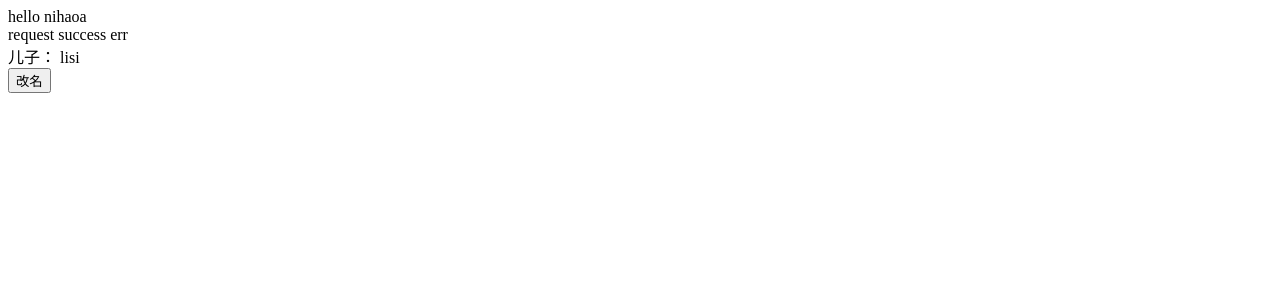
Repository: zgw88/vite-svelte
Page: /
An editor plug-in stored every save of this project. The page is shown before and after the next save, followed by the edit.
The browser window is 1280 px wide. The pictures show the whole page.
The project was rebuilt for these pictures with package versions that can differ from the ones it lists, and the page was loaded fresh each time. Also part of the build but not shown: vite.config.js, src/app.css, src/lib/Counter.svelte.

Above is the page before, as saved 2022-08-08 17:38:35.

### src/App.svelte
<script>
import Counter from "./lib/Counter.svelte"
import Phone from './lib/phone.svelte'

  let name = 'nihaoa'
  let a = 111
  let b = 222
  let el1 = `<h1> ${name} </h1>`
  let color = 'pink'
  let foo = true
  let state = true
  let count = 0
  $: double = count * 2

  // let list = ['1',2,3,4,5]
  // let list = [
  //   {name: 'hhhh'},
  //   {name: 'cccc'}
  // ]
  let list = []
  setTimeout(() =>{
    color = 'green'
    foo = false
    state = false
  },1000)

  const handleClick = () =>{
    console.log(name,'ccc')
    name = 'henbuhao'
  }

  const handleCount = () =>{
    count += 1
  }

  const handleClickP = () =>{
    console.log(name,'pppp')
  }

  const api = new Promise((resolve,reject) =>{
    setTimeout(() =>{
      reject('request success')
    },1000)
  })

  function print(data){
    console.log(`传过来 ${data.detail}`)
  }

</script>


<!-- <div title={name}>sss</div> -->
<div>hello {name}</div>
<!-- <span>{a} + {b} = {a + b}</span> -->
<!-- <div style="color: {color}">{@html el1}</div> -->
<!-- <div class:active={foo}>{@html el1}</div> -->
<!-- {#if state}
  <div style="color: {color}">{@html el1}</div>
{:else}
  <div style="color: {color}">{@html el1}</div>
{/if}
<ul>
  {#each list as {name}}
    <li>{`${name} -- ${name}`}</li>
    {:else}
    <div>暂无</div>
  {/each}
</ul> -->
<!-- <input type="text" bind:value={name} />
<div>{count} fanbiehou {double}</div> -->

{#await api}
  <span>loading...</span>
{:then response}
  <span>{response}</span>
{:catch error}
  <span>{`${error} err`}</span>
{/await}

<Phone name='lisi' on:printPhone={print} >
  <div>名字：</div>
  <div>zs</div>
</Phone>

<!-- <div on:click={handleClickP}>
  <button on:click|stopPropagation={handleClick}>改名</button>
  <button on:click={handleCount}>dianji</button>
</div> -->



<style>
  .active{
    color: red;
  }
</style>

### src/lib/phone.svelte
<script>
    export let name = 'zhangsan'
    import {createEventDispatcher} from 'svelte'
    const dispatch = createEventDispatcher()
    function printPhone(){
        dispatch('printPhone','wangwu')
    }

</script>

<div>儿子： {name}</div>

<button on:click={printPhone}>改名</button>

Loaded but not shown: index.html (common file); src/main.js (common file)

After the next save:
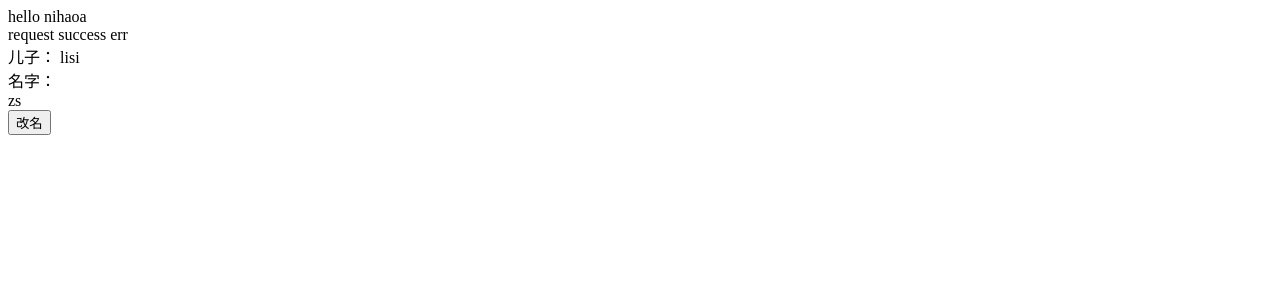
Saved 29 s later.
--- a/src/lib/phone.svelte
+++ b/src/lib/phone.svelte
@@ -8,6 +8,9 @@
 
 </script>
 
-<div>儿子： {name}</div>
+<div>
+    儿子： {name}
+    <slot>莫热值</slot>
+</div>
 
 <button on:click={printPhone}>改名</button>

After the save that followed:
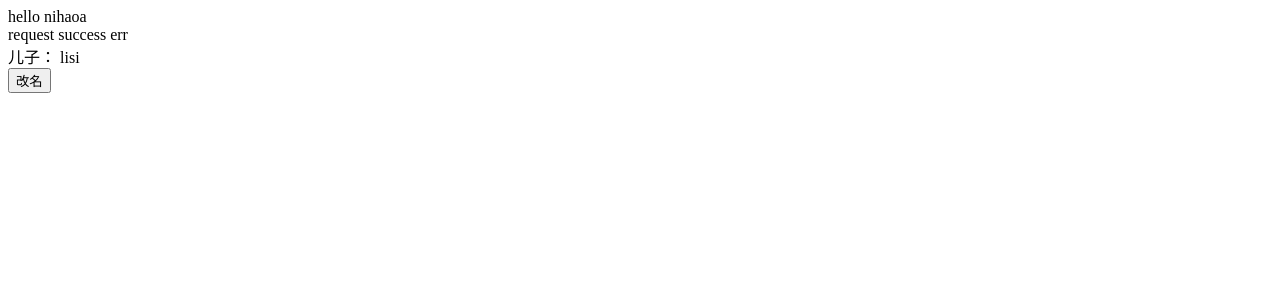
Saved 12 s later.
--- a/src/lib/phone.svelte
+++ b/src/lib/phone.svelte
@@ -10,7 +10,7 @@
 
 <div>
     儿子： {name}
-    <slot>莫热值</slot>
+    <!-- <slot>莫热值</slot> -->
 </div>
 
 <button on:click={printPhone}>改名</button>
